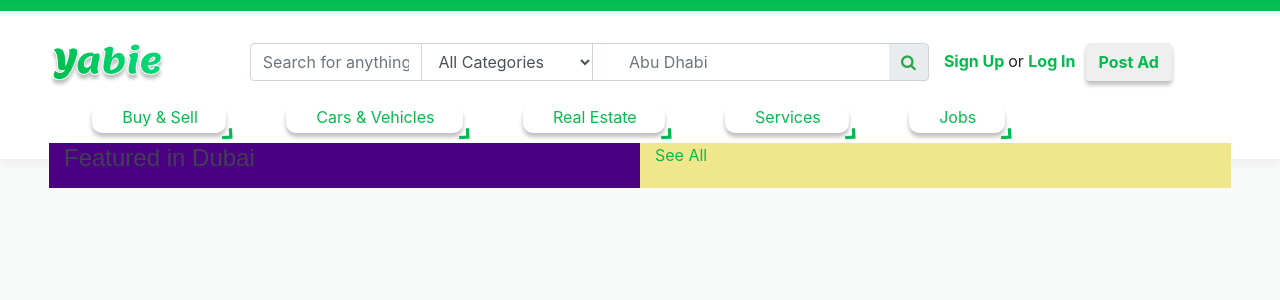
Repository: muazzamkha95/yabie
Page: homepage.html
An editor plug-in stored every save of this project. The page is shown before and after the next save, followed by the edit.
The browser window is 1280 px wide. The pictures show the whole page.

Above is the page before, as saved 2020-07-03 23:47:00.
Console error: TypeError: Cannot read properties of undefined (reading 'fn')

After the next save:
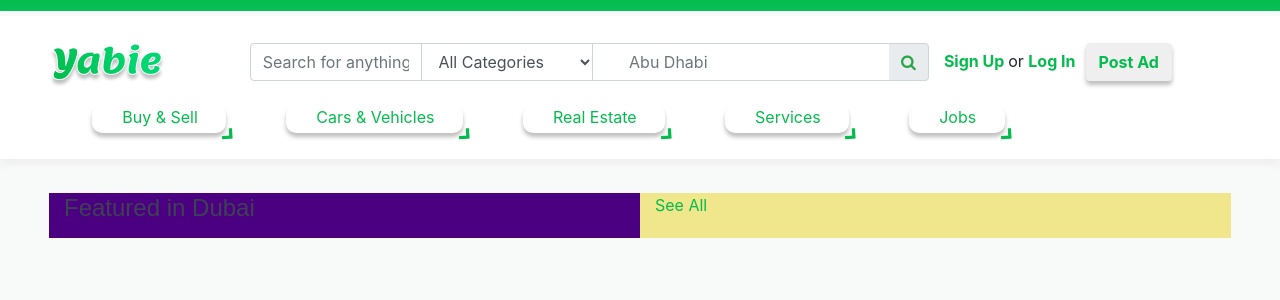
Saved 6 s later.
--- a/css/main.css
+++ b/css/main.css
@@ -78,7 +78,7 @@ nav{
     width: 90%;
     margin-left: auto;
     margin-right: auto;
-    top: 50px;
+    margin-top: 50px;
 
 
 
